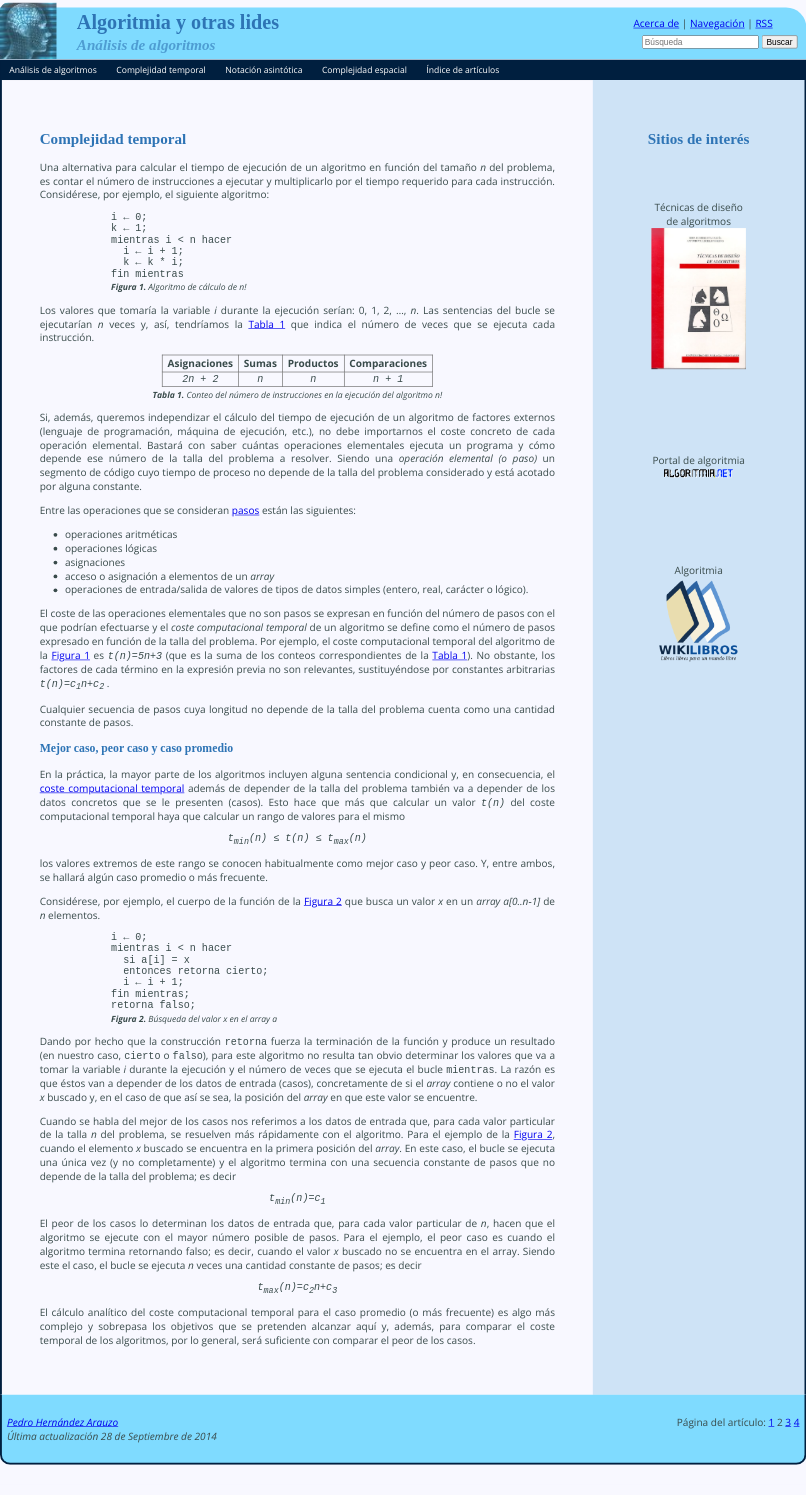
Repository: dgsama/Curso17
Page: SEW/WorkSpace/Practica04/temporal.html
The author's editor kept a copy of each file at every save. The page is drawn from the files as they stood at one save, then again after the next save.
The browser window is 1280 px wide. The pictures show the whole page, at 63% of full size.
Some web fonts or font styles are not loaded; a fallback is used.

Above is the page before, as saved 2016-10-26 10:11:23.

After the next save:
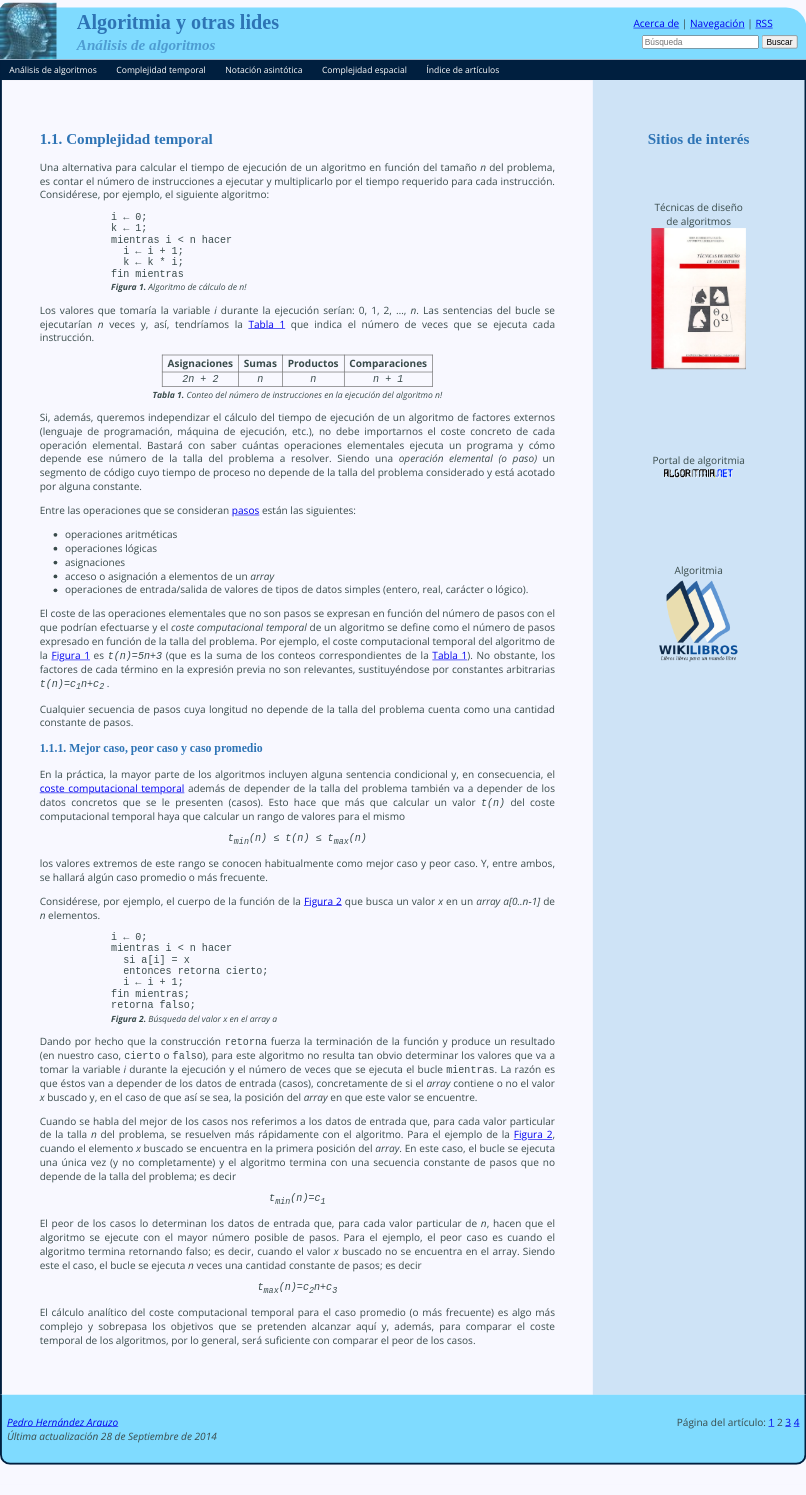
Saved 3 min 40 s later.
--- a/SEW/WorkSpace/Practica04/temporal.html
+++ b/SEW/WorkSpace/Practica04/temporal.html
@@ -3,8 +3,8 @@
 <head>
 <meta charset="UTF-8" />
 <title>Complejidad temporal</title>
-<link rel="stylesheet" type="text/css"
-href="estilo.css" media="screen"/>
+<link rel="stylesheet" type="text/css"href="estilo.css" media="screen"/>
+<link rel="stylesheet" type="text/css"href="numeracion.css" media="screen"/>
 </head>
 <body>
   <header>
